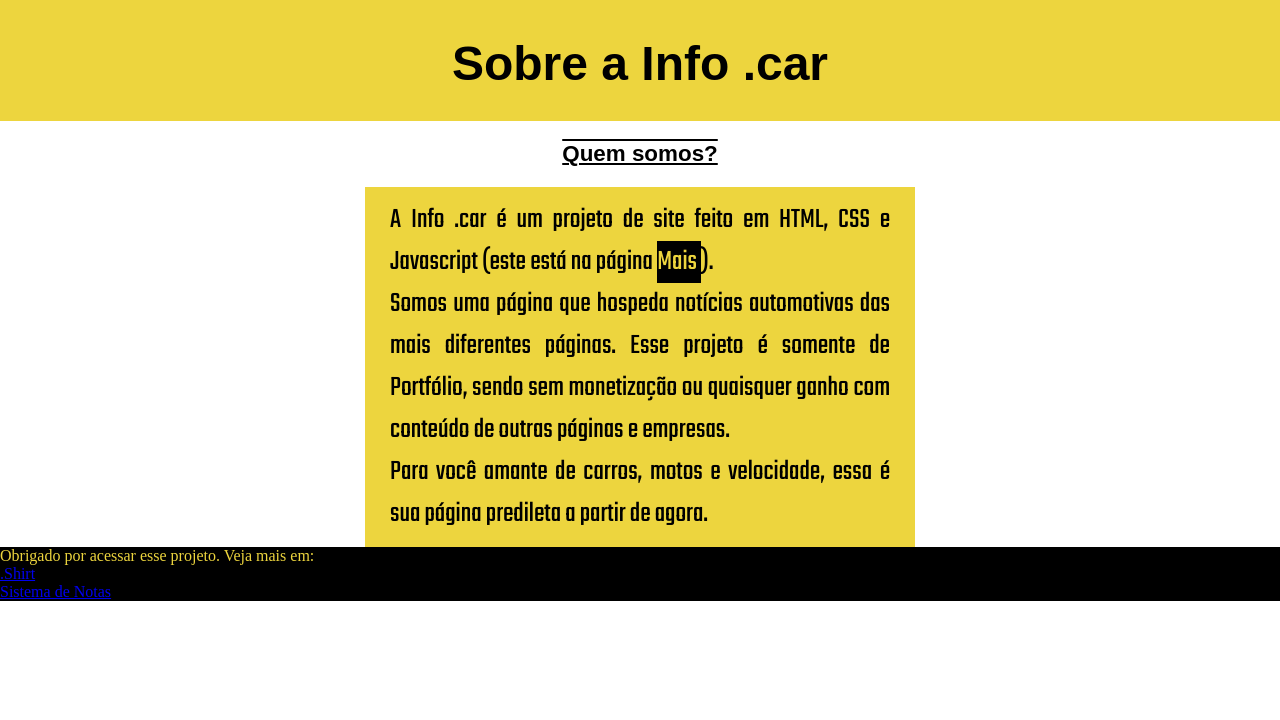
Repository: Leonngc/projeto-info.car
Page: sobre.html
An editor plug-in stored every save of this project. The page is shown before and after a run of saves, followed by the edit.
The browser window is 1280 px wide. The pictures show the whole page.
Some web fonts or font styles are not loaded; a fallback is used.

Above is the page before, as saved 2022-11-05 15:47:14.

After the next 4 saves:
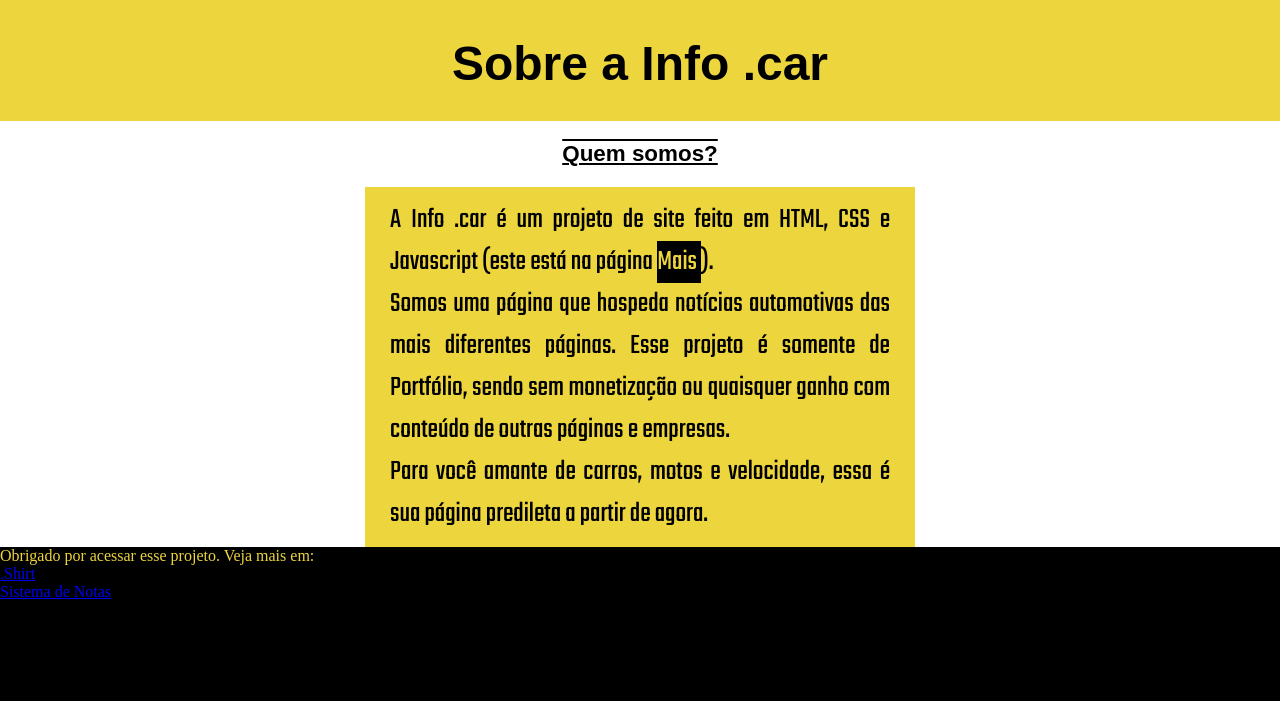
The 4 saves are shown as one change because they came seconds apart.
The last was saved 18 s later.
--- a/sobre.css
+++ b/sobre.css
@@ -64,5 +64,5 @@ article p > a:hover{
 footer{
     background-color: black;
     color: #edd53e;
-    margin-bottom: 0;
+    padding-bottom: 100px;
 }
